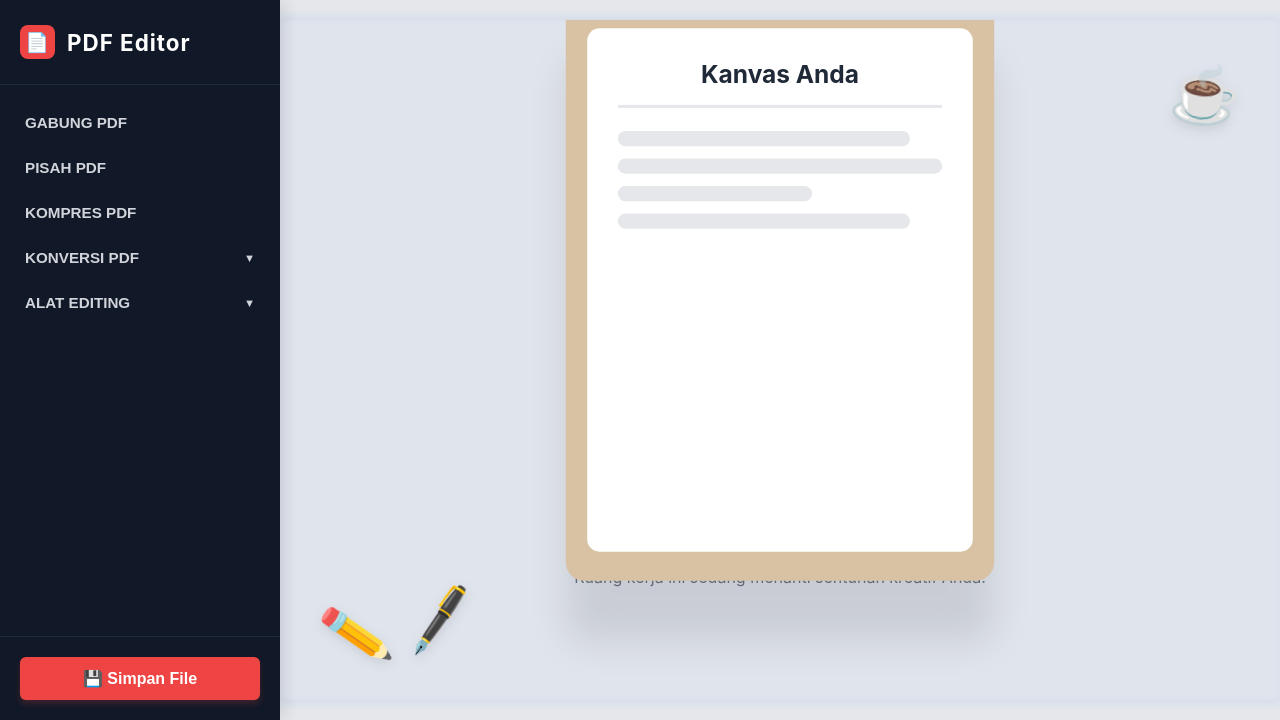
Repository: IkhsanMoekhtar/pdf_editor
Page: /
The author's editor kept a copy of each file at every save. The page is drawn from the files as they stood at one save, then again after the next save.
The browser window is 1280 px wide. The pictures show the whole page.
The pointer rests on the first visible `.empty-state.desktop-scene`.
The project was rebuilt for these pictures with package versions that can differ from the ones it lists, and the page was loaded fresh each time. Also part of the build but not shown: vite.config.js.

Above is the page before, as saved 2026-03-18 23:01:22.

After the next save:
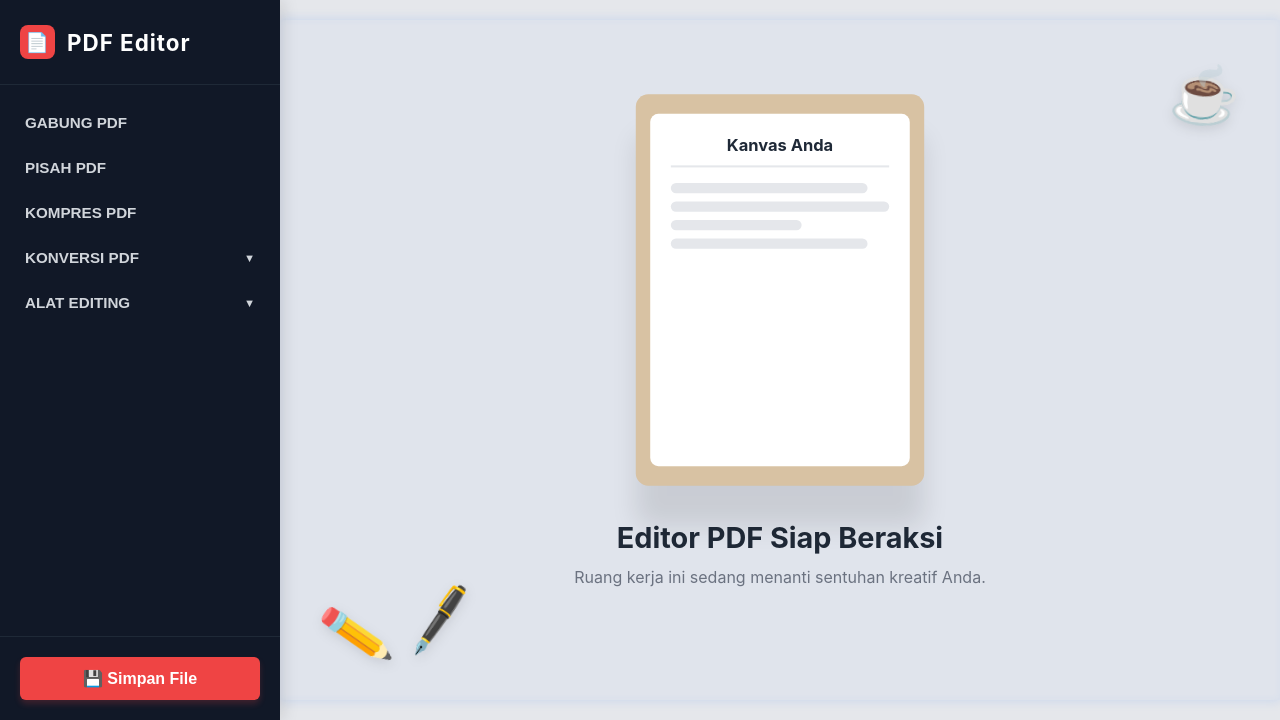
Saved 8 s later.
--- a/src/App.css
+++ b/src/App.css
@@ -216,7 +216,7 @@
 }
 
 .empty-state.desktop-scene:hover .clipboard {
-  transform: rotate(0deg) scale(1.53);
+  transform: rotate(0deg) scale(1.03);
 }
 
 .clipboard-paper {
